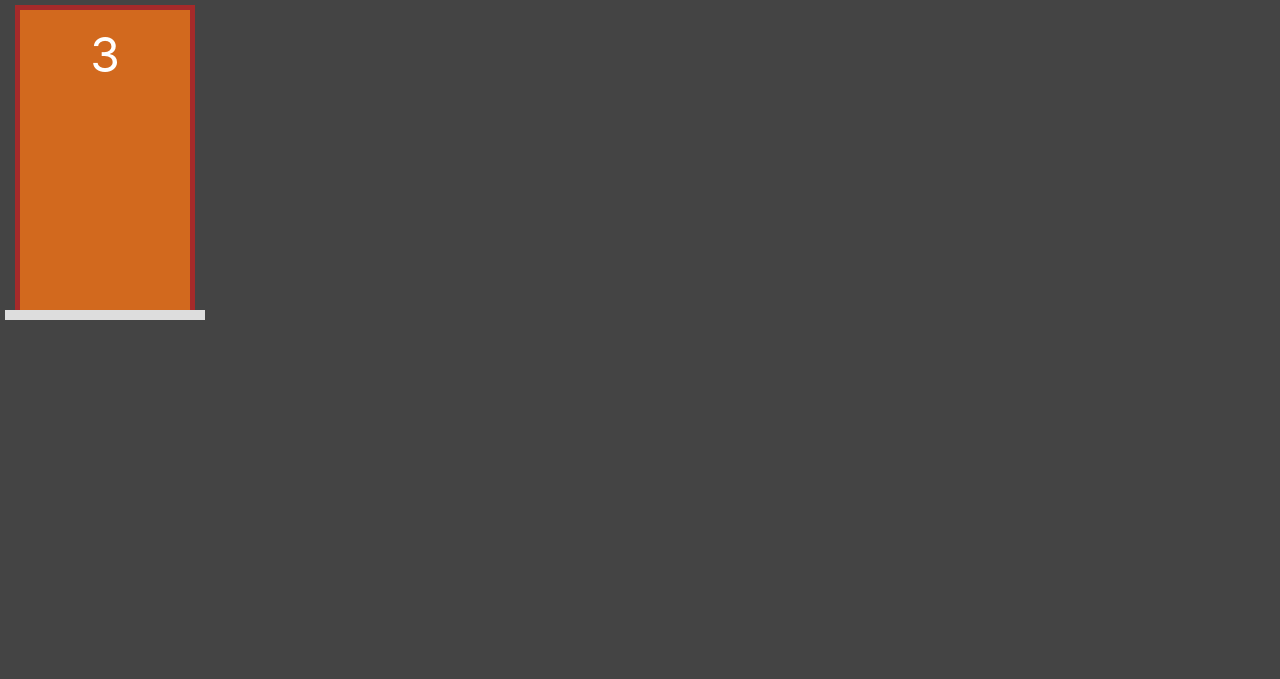
Repository: Mira757/Projeto-Porta-Premiada
Page: /
The author's editor kept a copy of each file at every save. The page is drawn from the files as they stood at one save, then again after the next save.
The browser window is 1280 px wide. The pictures show the whole page.
The project was rebuilt for these pictures with package versions that can differ from the ones it lists, and the page was loaded fresh each time. The framework's server and built-in components were replaced by stand-ins that run in the browser. Also part of the build but not shown: next.config.js, styles/Presente.module.css, components/Presente.jsx.

Above is the page before, as saved 2022-03-16 18:37:59.

After the next save:
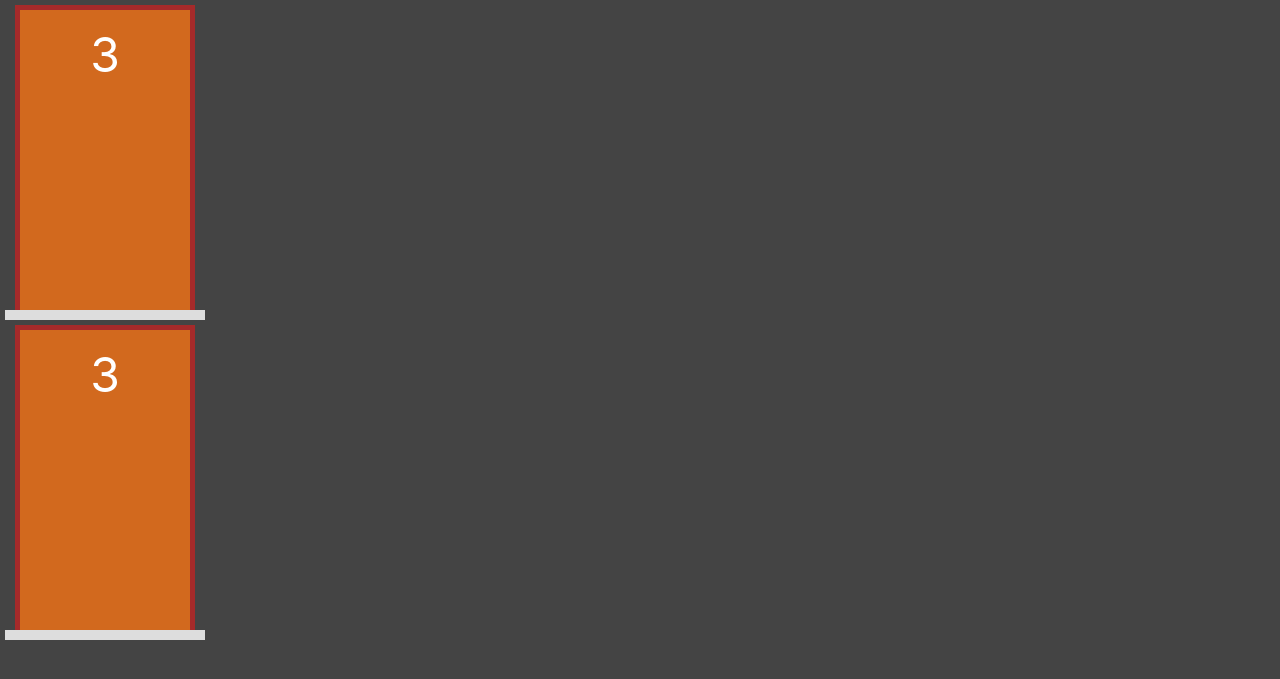
Saved 11 s later.
--- a/pages/index.jsx
+++ b/pages/index.jsx
@@ -5,6 +5,7 @@ export default function Home() {
   return (
     <div >
       <Porta/>
+      <Porta/>
     </div>
   )
 }
